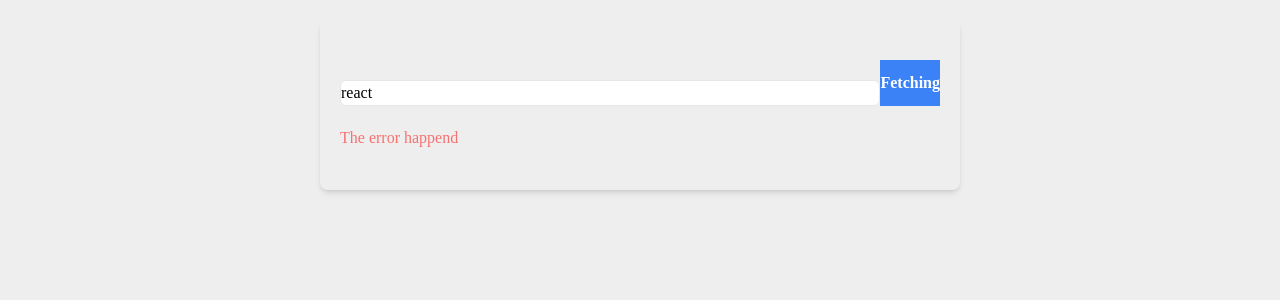
Repository: 16-Doffy/Fe-Khhoahoc
Page: /
An editor plug-in stored every save of this project. The page is shown before and after the next save, followed by the edit.
The browser window is 1280 px wide. The pictures show the whole page.
The page's requests for data from a server got no answer. The project was rebuilt for these pictures with package versions that can differ from the ones it lists, and the page was loaded fresh each time. No one was signed in, and anything a server would have sent is missing. Also part of the build but not shown: src/App.css.

Above is the page before, as saved 2025-01-14 15:49:59.

After the next save:
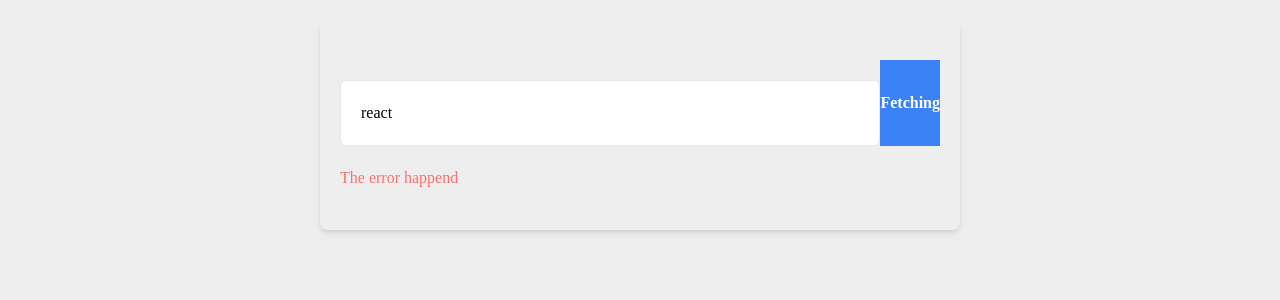
Saved 4 s later.
--- a/src/components/news/HackerNews.js
+++ b/src/components/news/HackerNews.js
@@ -35,7 +35,7 @@ const HackerNews = () => {
         type="text"
         className="
           border border-blue-1000
-          text-black   mt-5 block w-full
+          text-black p-5  mt-5 block w-full
            rounded-md focus:border-blue-400"
         placeholder="Enter your keyword..."
         defaultValue={query}
